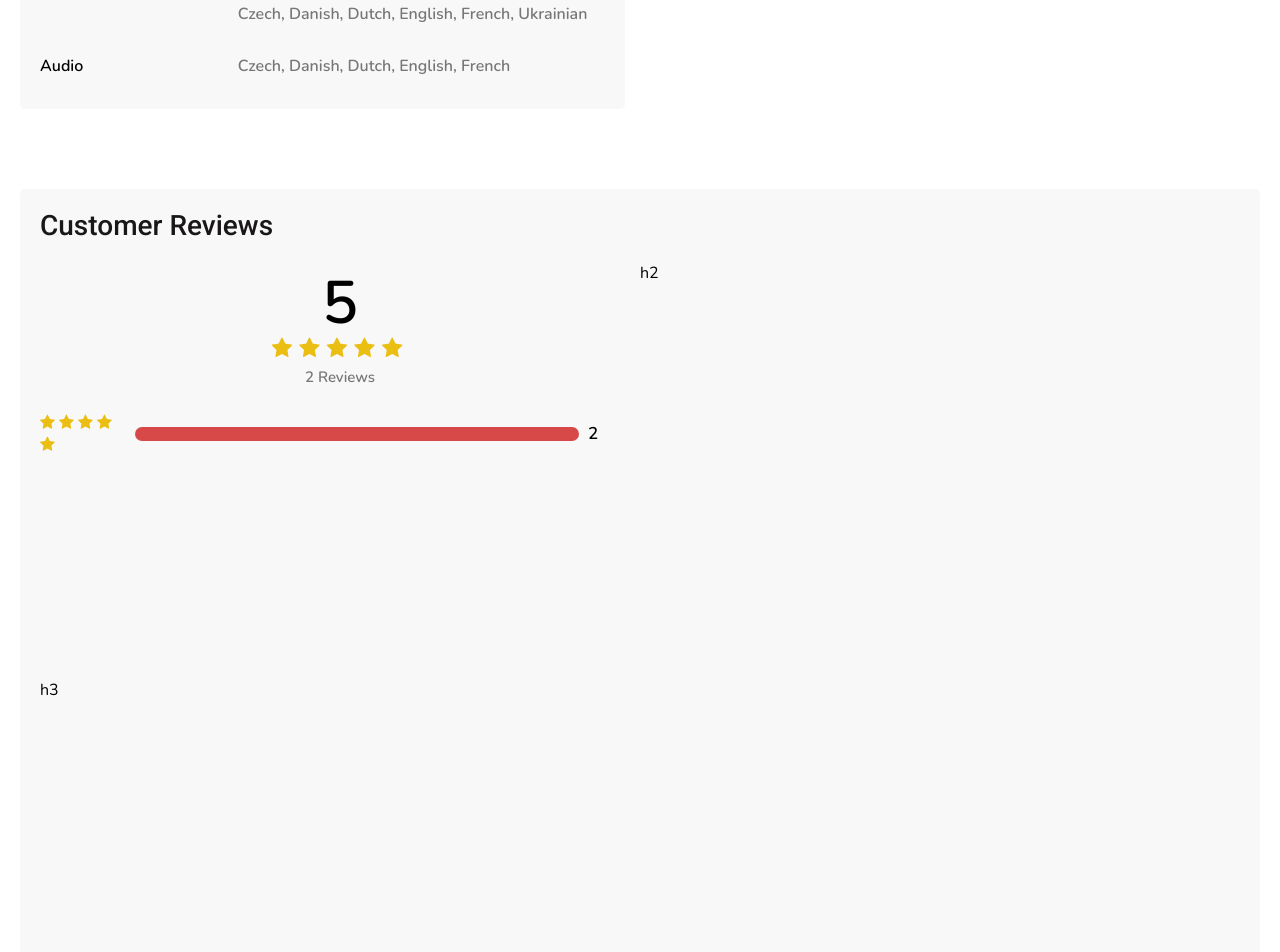
Repository: NguyenDinhThuyVy/TestWebsite
Page: detail.html
The author's editor kept a copy of each file at every save. The page is drawn from the files as they stood at one save, then again after the next save.
The browser window is 1280 px wide. The pictures show the part of the page from y = 2908 to 3860 px (the page is 4177 px tall).
A picture or video elsewhere on the page could not be fetched, so the positions and the page height are approximate. Some web fonts or font styles are not loaded; a fallback is used.

Above is the page before, as saved 2023-10-12 20:45:55.

After the next save:
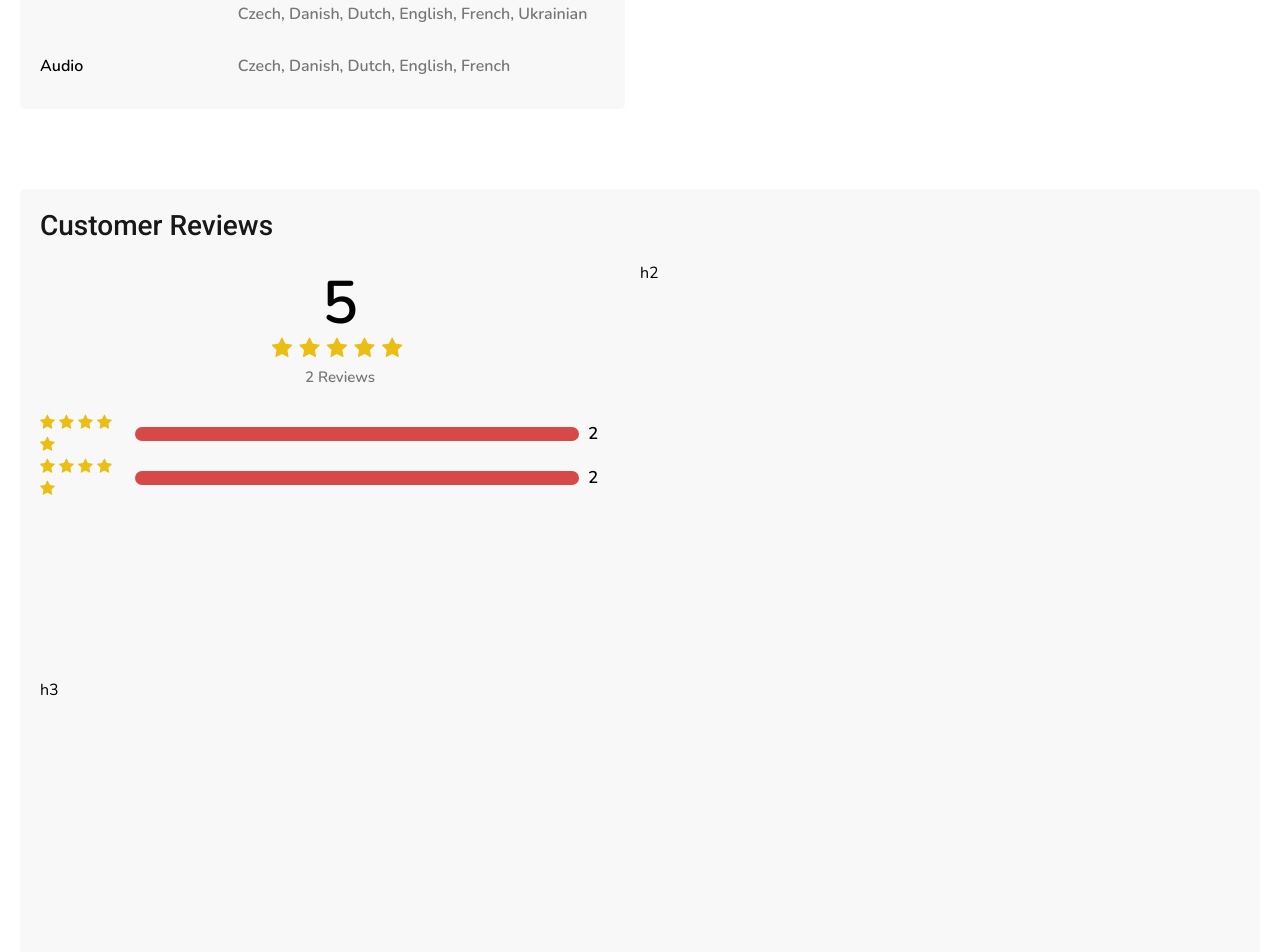
Saved 43 s later.
--- a/detail.html
+++ b/detail.html
@@ -531,6 +531,21 @@
                     <span>2</span>
                   </div>
                 </div>
+                <div class="rating-five rating-items">
+                  <div class="stars-area">
+                    <i class="fa fa-solid fa-star fa-2xl icon-star"></i>
+                    <i class="fa fa-solid fa-star fa-2xl icon-star"></i>
+                    <i class="fa fa-solid fa-star fa-2xl icon-star"></i>
+                    <i class="fa fa-solid fa-star fa-2xl icon-star"></i>
+                    <i class="fa fa-solid fa-star fa-2xl icon-star"></i>
+                  </div>
+                  <div class="wrapper-proportional-area">
+                    <div class="proportional-area"></div>
+                  </div>
+                  <div class="quantity-area">
+                    <span>2</span>
+                  </div>
+                </div>
               </div>
             </div>
             <div class="add-Review">h2</div>
